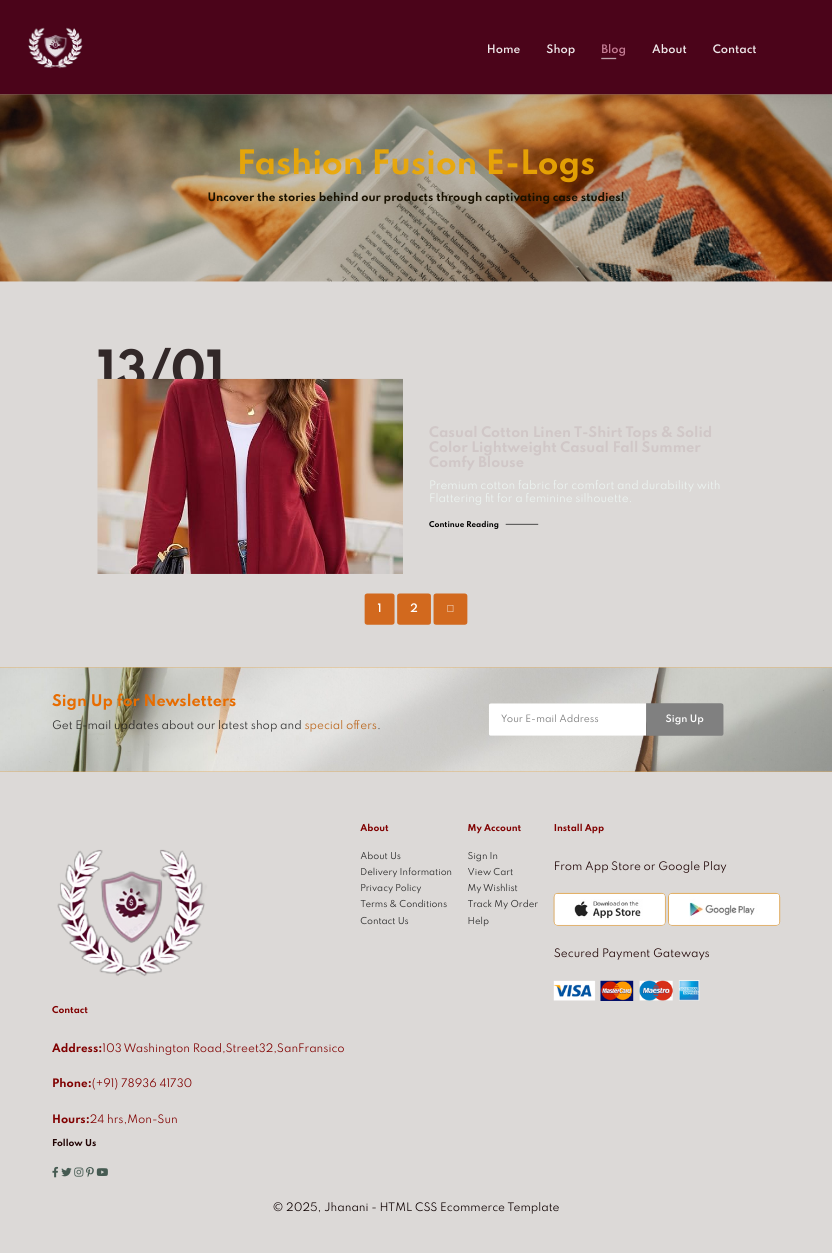
Repository: JhananiNallasamy/ECommerce-website-deployment
Page: blog.html
The author's editor kept a copy of each file at every save. The page is drawn from the files as they stood at one save, then again after a run of saves.
The browser window is 1280 px wide. The pictures show the whole page, at 65% of full size.
Some web libraries are served in a nearby version.

Above is the page before, as saved 2024-05-05 10:20:34.

After the next 2 saves:
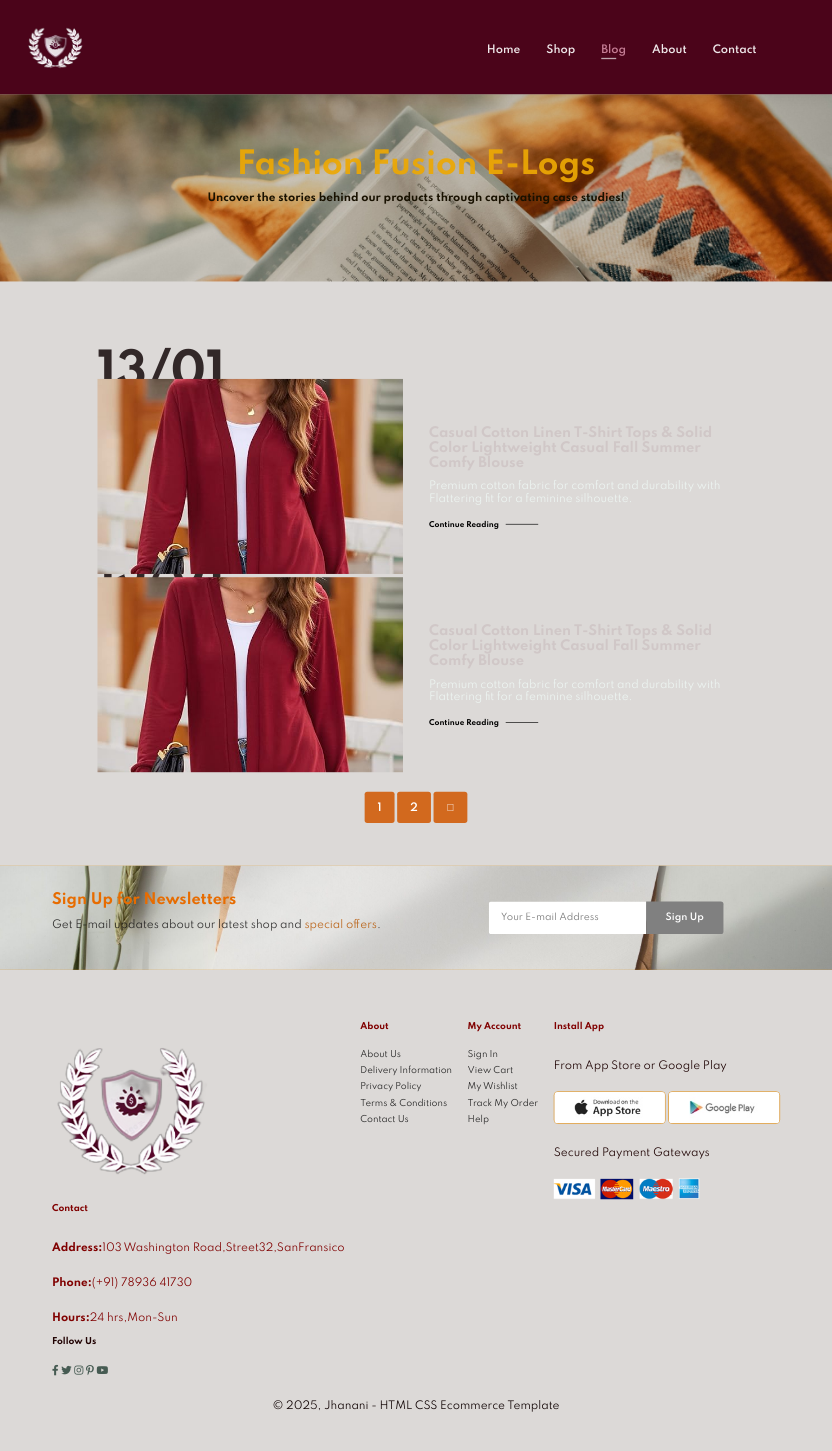
The 2 saves are shown as one change because they came seconds apart.
The last was saved 101 s later.
--- a/blog.html
+++ b/blog.html
@@ -49,6 +49,18 @@
             </div>
             <h1>13/01</h1>
         </div>
+        <div class="blog-box">
+            <div class="blog-img">
+                <img src="img/blog/f9a.png" alt="f9a in blog">
+            </div>
+            <div class="blog-details">
+            <h4> Casual Cotton Linen T-Shirt Tops & Solid Color Lightweight Casual Fall Summer Comfy Blouse </h4>
+            <p>Premium cotton fabric for comfort and durability with Flattering fit for a feminine silhouette.</p>
+            <a href="#"> Continue Reading </a>
+            </div>
+            <h1>13/01</h1>
+        </div>
+
     </section>
         <section id="pagination" class="section-p1">
         <a href="#">1</a>
